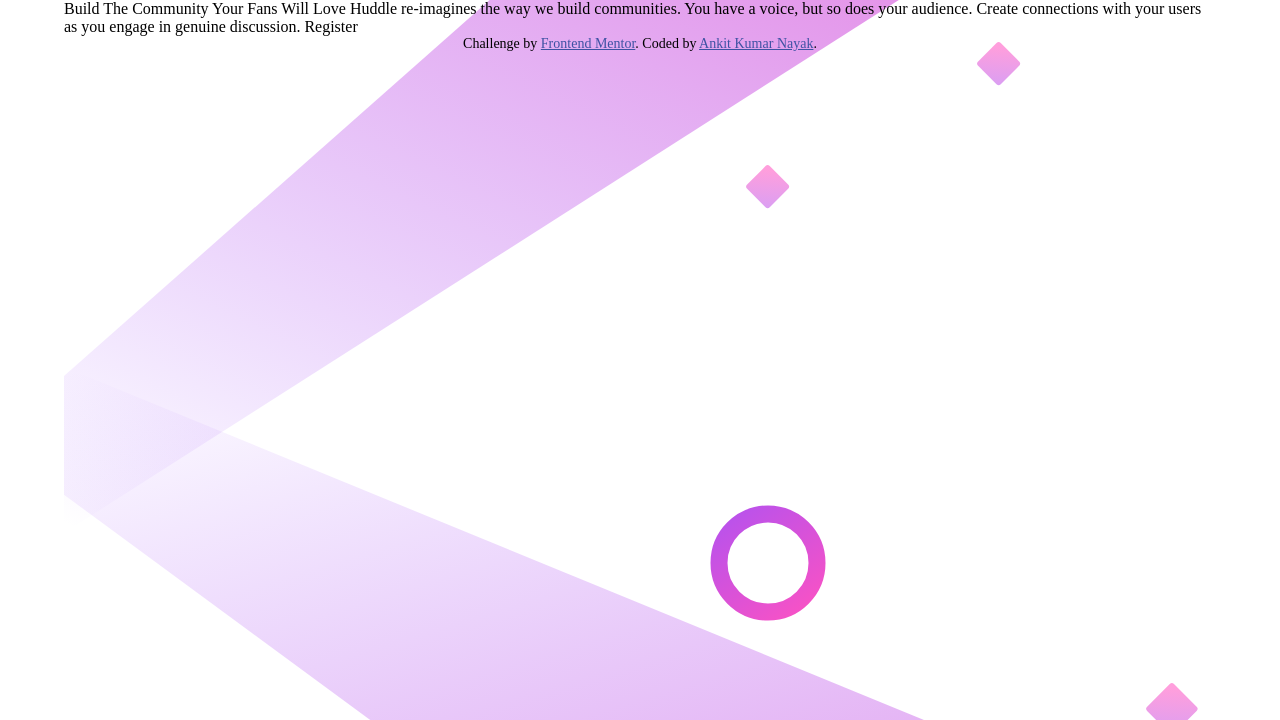
Repository: ankitnayak09/FrontEndMentor-Solutions
Page: huddle-landing-page-with-single-introductory-section-master/index.html
An editor plug-in stored every save of this project. The page is shown before and after a run of saves, followed by the edit.
The browser window is 1280 px wide. The pictures show the whole page.

Above is the page before, as saved 2021-07-07 18:21:06.

### huddle-landing-page-with-single-introductory-section-master/index.html
<!DOCTYPE html>
<html lang="en">
<head>
  <meta charset="UTF-8">
  <meta name="viewport" content="width=device-width, initial-scale=1.0"> <!-- displays site properly based on user's device -->

  <link rel="icon" type="image/png" sizes="32x32" href="./images/favicon-32x32.png">

  <title>Frontend Mentor | Huddle landing page with single introductory section</title>

  <!-- Feel free to remove these styles or customise in your own stylesheet 👍 -->
  <style>
    .attribution { font-size: 14px; text-align: center; }
    .attribution a { color: hsl(228, 45%, 44%); }
  </style>
  <link rel="stylesheet" href="style.css">
</head>
<body>
  <div class="container">
  Build The Community Your Fans Will Love

  Huddle re-imagines the way we build communities. You have a voice, but so does your audience.
  Create connections with your users as you engage in genuine discussion.

  Register

  <footer>
    <p class="attribution">
      Challenge by <a href="https://www.frontendmentor.io?ref=challenge" target="_blank">Frontend Mentor</a>.
      Coded by <a href="https://github.com/ankitnayak09">Ankit Kumar Nayak</a>.
    </p>
  </footer>
</div>
</body>
</html>

### huddle-landing-page-with-single-introductory-section-master/style.css
* {
    margin: 0;
    padding: 0;
    box-sizing: border-box;
}

.container {
    height: 100vh;
    width: 90vw;
    margin: auto;
    background-image: url(images/bg-desktop.svg);
}


@media only screen and (max-width:375px) {

}

After the next 2 saves:
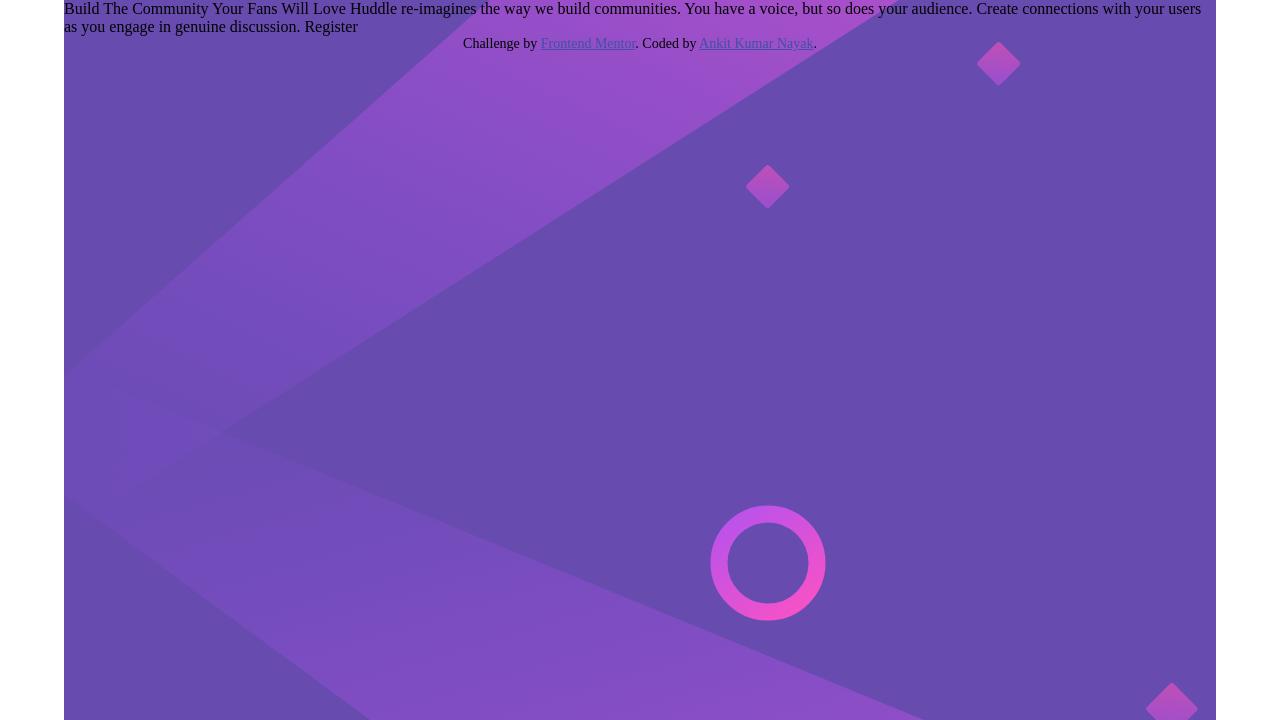
The 2 saves are shown as one change because they came seconds apart.
The last was saved 21 s later.
--- a/huddle-landing-page-with-single-introductory-section-master/style.css
+++ b/huddle-landing-page-with-single-introductory-section-master/style.css
@@ -9,6 +9,7 @@
     width: 90vw;
     margin: auto;
     background-image: url(images/bg-desktop.svg);
+    background-color: hsl(257, 40%, 49%);
 }
 
 
